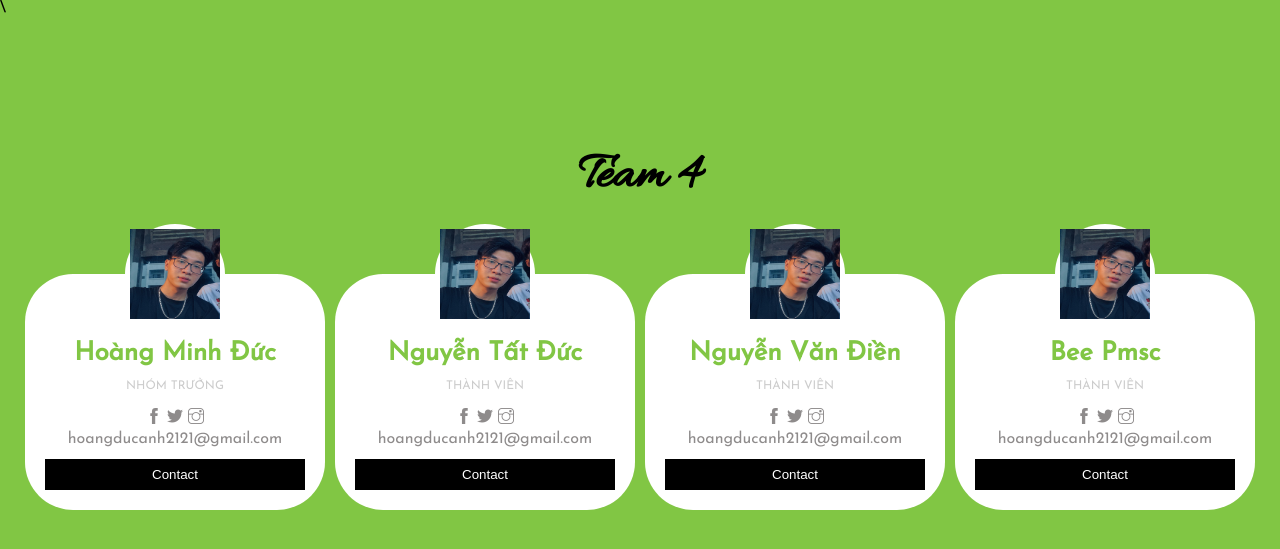
Repository: DuckyNumberONS/webcanhan
Page: index.html
These files come from the project's save history. The page is drawn as it stood at one moment and after the next save; the edit follows.
The browser window is 1280 px wide. The pictures show the whole page.

Above is the page before, as saved 2022-10-03 07:52:54.

After the next save:
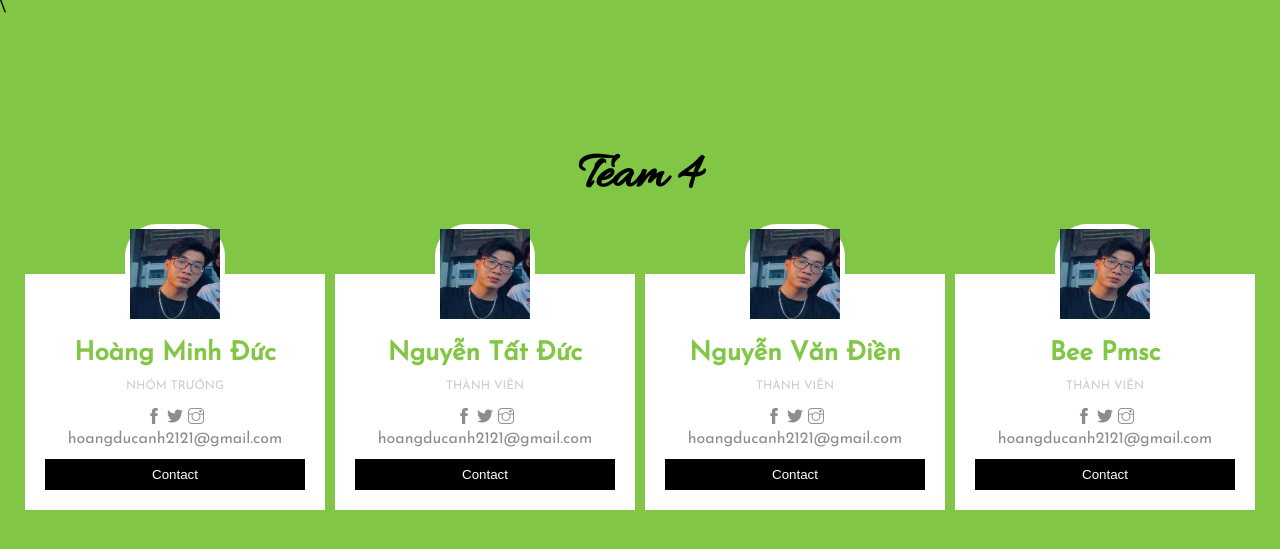
Saved 25 s later.
--- a/styles.css
+++ b/styles.css
@@ -39,7 +39,6 @@ body{
   line-height: 20px;
   color: #8e8b8b;
   position: relative;
-  border-radius: 3em;
 }
 
 .team .team_member h3{
@@ -64,6 +63,7 @@ body{
   height: 100px;
   border-radius: 50%;
   background: #fff;
+  border-radius: 2em;
 }
 
 .team .team_member .team_img img{
